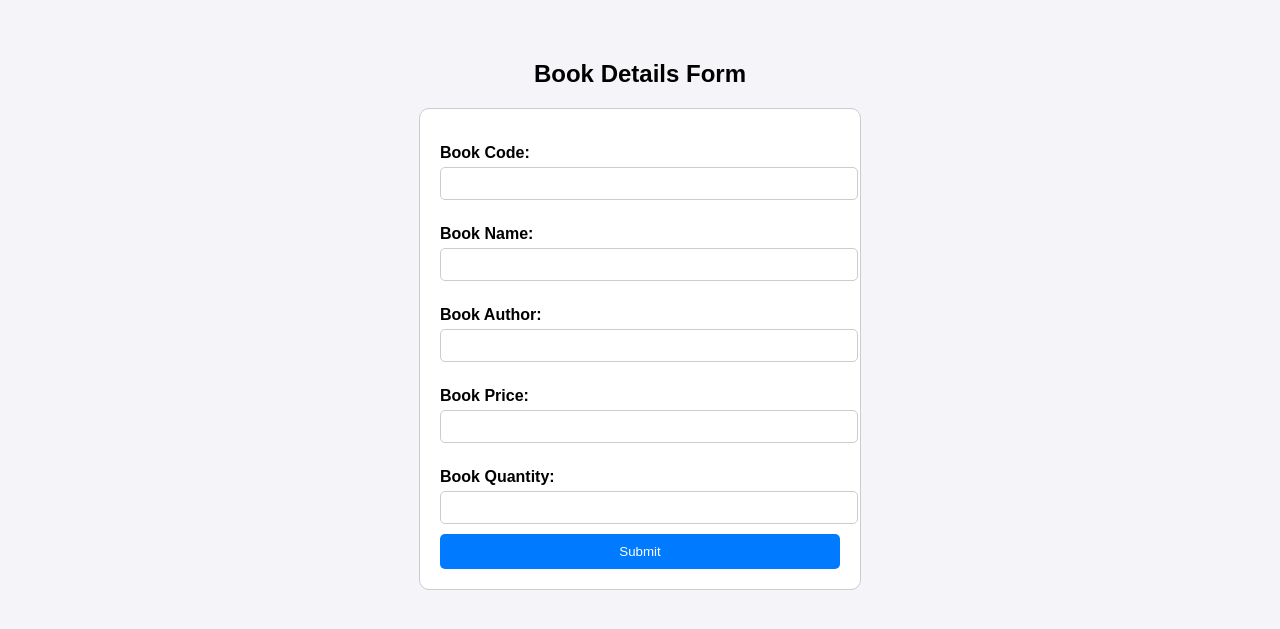
Repository: GokulLade/WebApps_with_Servlets_JSP
Page: 02_ReadDisplayBookDetails/src/main/webapp/index.html
These files come from the project's save history. The page is drawn as it stood at one moment and after a run of saves; the edit follows.
The browser window is 1280 px wide. The pictures show the whole page.

Above is the page before, as saved 2024-11-30 11:05:04.

After the next 2 saves:
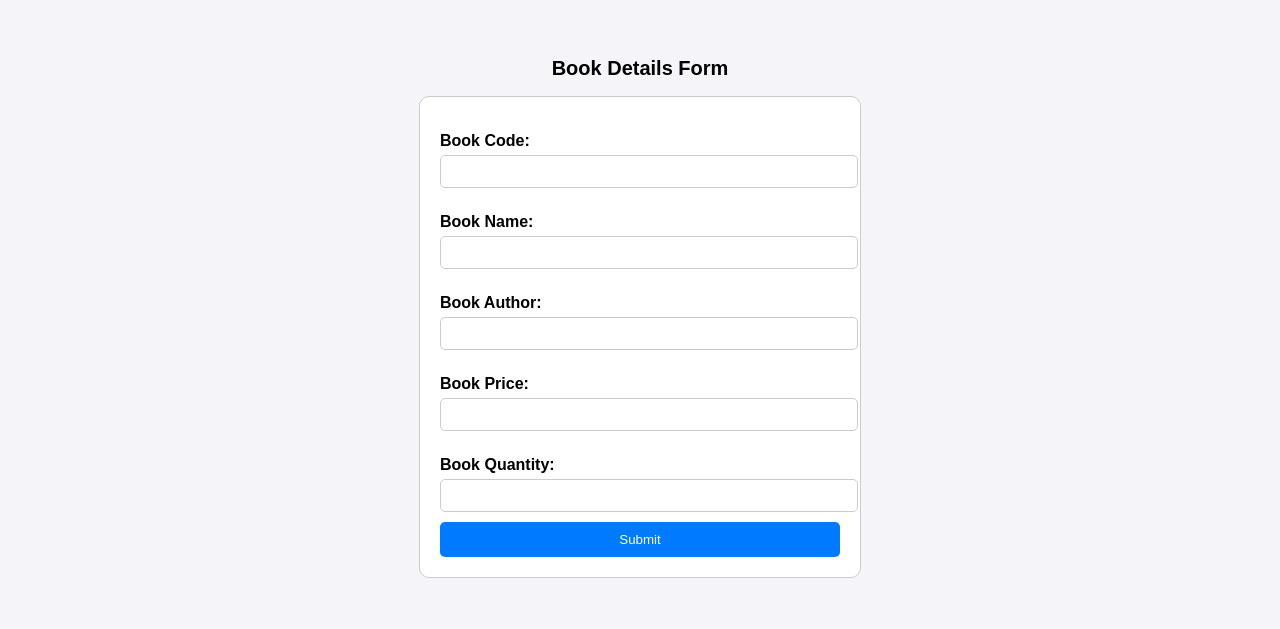
The 2 saves are shown as one change because they came seconds apart.
The last was saved 8 s later.
--- a/02_ReadDisplayBookDetails/src/main/webapp/index.html
+++ b/02_ReadDisplayBookDetails/src/main/webapp/index.html
@@ -15,7 +15,7 @@
         	display: flex;
         	justify-content: center;
         	color:black;
-        	fond-
+        	font-size: 20px;
         }
         form {
             max-width: 400px;
